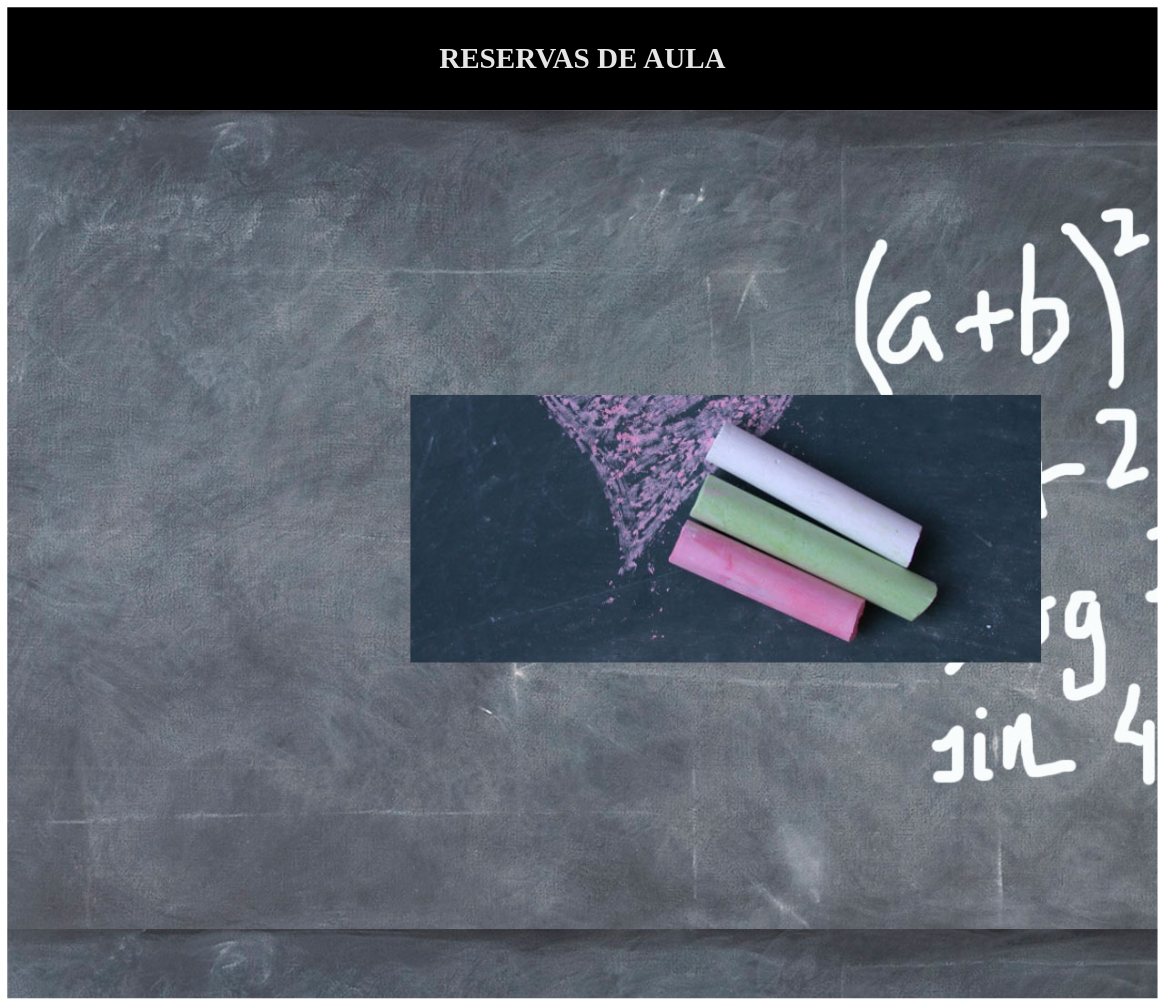
Repository: maguria/Reservas
Page: index.html
The author's editor kept a record of every edit. The page is drawn from the files as they stood at one moment, then again after the next edit.
The browser window is 1280 px wide. The pictures show the whole page, at 91% of full size.

Above is the page before.
Console error: SyntaxError: Unexpected token ')'

After the next edit:
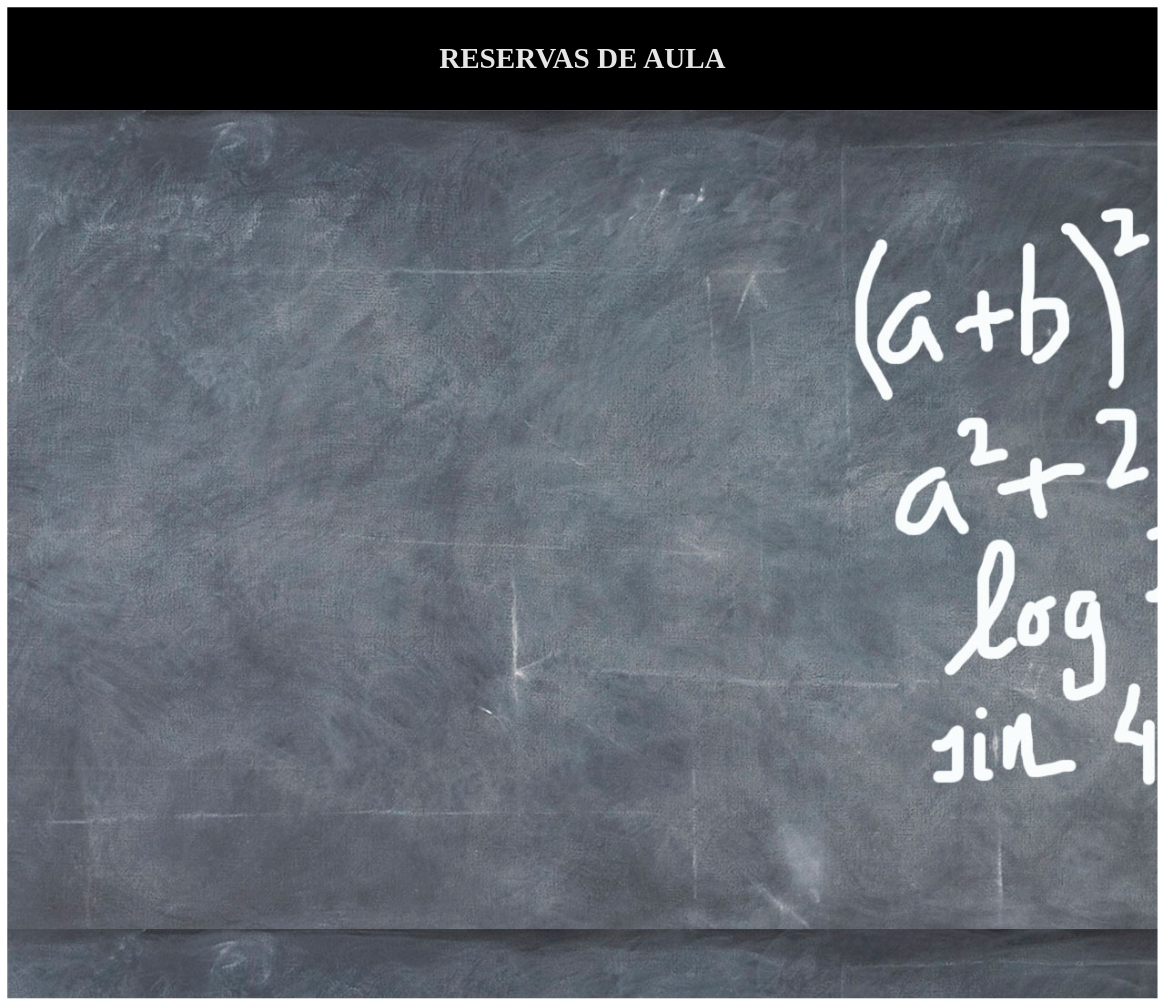
The edit:
--- a/index.html
+++ b/index.html
@@ -74,7 +74,7 @@
             </tr>
         </table>
         </div>
-        <div id="imagen" class="item"><div><img src="images/corazon-tiza.jpg"/></div></div>
+        <div id="imagen" class="item"><div></div></div>
 
         </div>
     </div>
